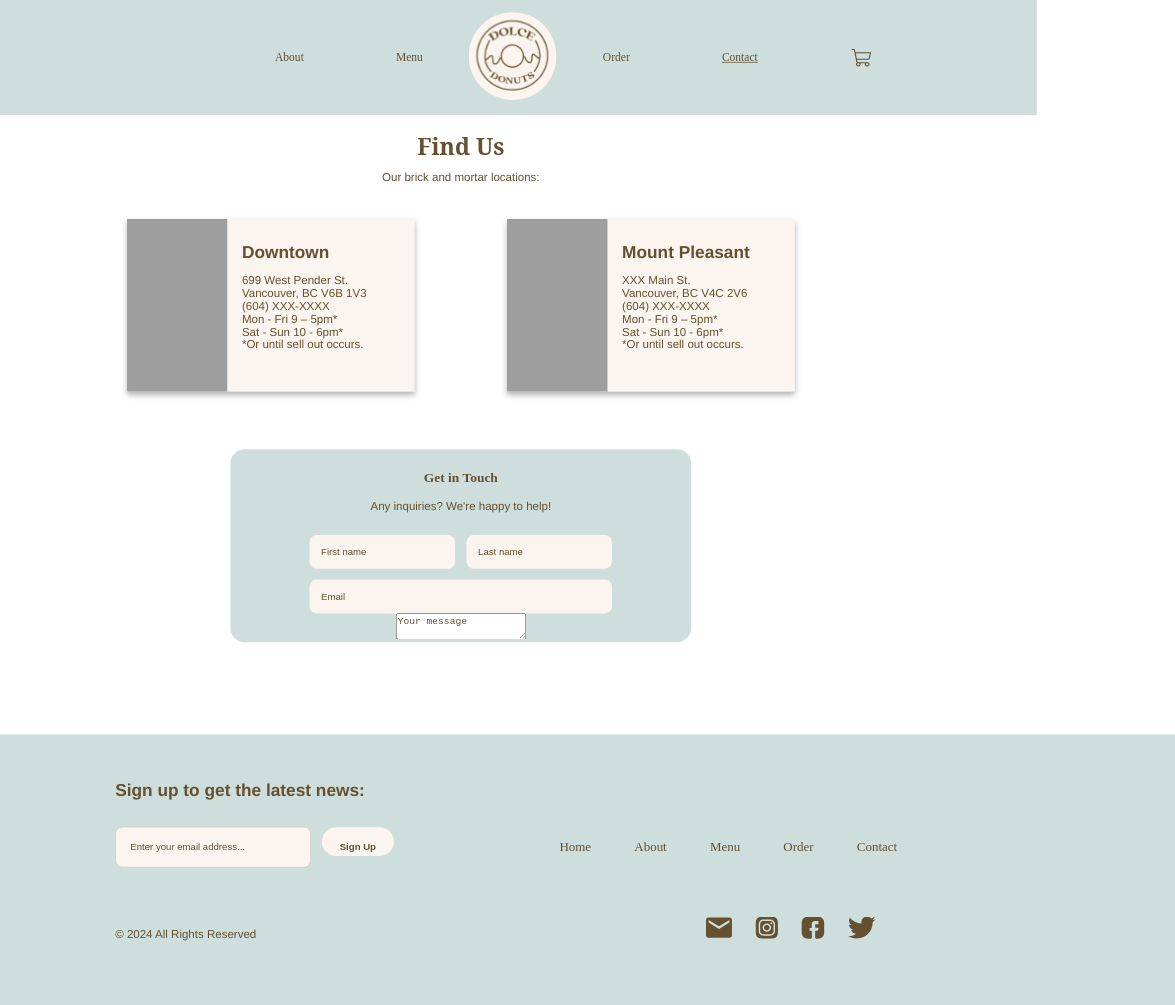
Repository: Crystalhtc/dolcedonuts
Page: /contact
These files come from the project's save history. The page is drawn as it stood at one moment and after the next save; the edit follows.
The browser window is 1280 px wide. The page is 1632 px wide, so the pictures cover 1632 px, including what lies to the right of the window. The pictures show the whole page, at 72% of full size.
Pictures or frames that could not be fetched are drawn as grey boxes. The project was rebuilt for these pictures with package versions that can differ from the ones it lists, and the page was loaded fresh each time. Also part of the build but not shown: vite.config.js, src/pages/Home.module.css, src/pages/Home.jsx, src/components/ProductCard/ProductCard.jsx, src/Data/products.js, src/pages/Order.css, src/pages/Menu.jsx, src/pages/Order.jsx and 13 more.

Above is the page before, as saved 2024-10-20 15:31:53.

### src/App.jsx
import React from 'react';
import "./App.css";
import { BrowserRouter as Router, Route, Routes } from 'react-router-dom';
import Header from './components/Header/Header';
import Footer from './components/Footer/Footer';
import Home from './pages/Home';
import Menu from './pages/menu';
import Order from './pages/order';
import Contact from './pages/Contact';
import About from './pages/About';
import Checkout from './pages/Checkout';
import Cart from './pages/Cart';
import ProductDetails from './pages/ProductDetails';
import PaymentReview from './pages/PaymentReview';

function App() {

  return (
    <Router>
      <Header />
      <Routes>
        <Route path="/" element={<Home />} />
        <Route path="/about" element={<About />} />
        <Route path="/menu" element={<Menu />} />
        <Route path="/order" element={<Order />} />
        {/* <Route path="/productdetails/:id" element={<ProductDetails />} /> */}
        <Route path="/productdetails" element={<ProductDetails />} />
        <Route path="/contact" element={<Contact />} />
        <Route path="/cart" element={<Cart />} />
        <Route path="/checkout" element={<Checkout />} />
        <Route path="/paymentreview" element={<PaymentReview />} />
      </Routes>
      <Footer />
    </Router>
  );
}

export default App;

### src/App.css
@import url('https://fonts.googleapis.com/css2?family=Arimo:ital,wght@0,400..700;1,400..700&display=swap');
@import url('https://fonts.googleapis.com/css2?family=Noto+Serif:ital,wght@0,100..900;1,100..900&display=swap');

:root {
    --mint: #CEDEDC;
    --cream: #FBF4EF;
    --pink: #F5CCD6;
    --dark-pink: #E3BBC5;
    --brown: #655030;
    --dark-brown: #4C3B22;
}
body {
    margin: 0 auto;
}
/* font */
/* heading, button */
h1 {
    font-family: "Noto Serif", serif;
    color: #655030;
    font-size: 28pt;
}
/* subheading */
h2 {
    font-size: 24pt;
    font-family: 'Arimo', sans-serif;
    color: #655030;
}
/* paragraph */
p {
    font-family: 'Arimo', sans-serif;
    color: #655030;
}

.container {
    max-width: 1440px;
    margin: 0 auto;
    height: auto;
    /* padding: 20px;  */
}

### src/components/Header/Header.jsx
import { NavLink } from 'react-router-dom';
import styles from './Header.module.css';
import logo from '../../assets/logo.svg';
import cartIcon from '../../assets/cart-icon.svg';

export default function Header() {
  return (
    <nav className={styles.nav}>
      <ul className={styles.navList}>
        <li className={styles.navItem}>
          <NavLink to="/about" className={({ isActive }) => (isActive ? styles.activeLink : undefined)}>About</NavLink>
        </li>
        <li className={styles.navItem}>
          <NavLink to="/menu" className={({ isActive }) => (isActive ? styles.activeLink : undefined)}>Menu</NavLink>
        </li>
        <li className={styles.logoContainer}>
          <NavLink to="/">
            <img src={logo} alt="Logo" className={styles.logo} />
          </NavLink>
        </li>
        <li className={styles.navItem}>
          <NavLink to="/order" className={({ isActive }) => (isActive ? styles.activeLink : undefined)}>Order</NavLink>
        </li>
        <li className={styles.navItem}>
          <NavLink to="/contact" className={({ isActive }) => (isActive ? styles.activeLink : undefined)}>Contact</NavLink>
        </li>
        <li className={styles.navItem}>
          <NavLink to="/cart" className={({ isActive }) => (isActive ? styles.activeLink : undefined)}>
            <img src={cartIcon} alt="Cart" className={styles.cartIcon} />
          </NavLink>
        </li>
      </ul>
    </nav>
  );
}

### src/components/Footer/Footer.jsx
import React from 'react';
import styles from './Footer.module.css';
import socialMediaIcons from '../../assets/social-media-icons.svg';

const Footer = () => {
    return (
        <footer className={styles.footer}> {/* Use styles for className */}
            <h2 className={styles.signUpMessage}>Sign up to get the latest news:</h2>

            <div className={styles.topContainer}>
                <div className={styles.newsletterSignup}> {/* Use styles for className */}
                    <input type="email" placeholder="Enter your email address..." />
                       <button className={styles.signupButton}>Sign Up</button> {/* Use styles for className */}
                </div>

                 <div className={styles.footerLinks}>
                     <ul className={styles.linkList}>
                        <li><a href="/">Home</a></li>
                        <li><a href="/about">About</a></li>
                        <li><a href="/menu">Menu</a></li>
                        <li><a href="/order">Order</a></li>
                        <li><a href="/contact">Contact</a></li>
                    </ul>
                </div>
            </div>

            <div className={styles.footerBottomContainer}>
                <p>© 2024 All Rights Reserved</p>
                <div className={styles.socialMedia}> {/* Use styles for className */}
                    <img src={socialMediaIcons} alt="Social Media Icons" />
                </div>
            </div>
        </footer>
    );
};

export default Footer;

### src/pages/Contact.jsx
import styles from './Contact.module.css';
import Form from '../components/ContactUsForm/ContactForm';

export default function Contact() {
    return(
        <div className={styles.contactUsContainer}>
            <h1 className={styles.contactUsH1}>Find Us</h1>
            <p>Our brick and mortar locations:</p>
                <div className={styles.contactUsCardContainer}>
                    <div className={styles.contactUsCard}>
                        <div className={styles.locationOne}>
                            <img src="https://images.unsplash.com/photo-1574033566548-f6c3f48cc11e?q=80&w=2160&auto=format&fit=crop&ixlib=rb-4.0.3&ixid=M3wxMjA3fDB8MHxwaG90by1wYWdlfHx8fGVufDB8fHx8fA%3D%3D"
                            alt="cafe table 1"
                            width={140}
                            height={240}
                            className={styles.contactUsImg}
                            />
                            <div>
                                <h2 className={styles.contactUsText}>Downtown</h2>
                                    <p className={styles.contactUsText}> 699 West Pender St.
                                    <br/>
                                    Vancouver, BC V6B 1V3
                                    <br/>
                                    (604) XXX-XXXX
                                    <br/>
                                    Mon - Fri  9 – 5pm*
                                    <br/>
                                    Sat - Sun 10 - 6pm*
                                    <br/>
                                    *Or until sell out occurs.
                                    </p>
                            </div>

                        </div>
                    </div>

                    <div className={styles.contactUsCard}>
                        <div className={styles.locationOne}>
                            <img src="https://images.unsplash.com/photo-1613274554329-70f997f5789f?q=80&w=2574&auto=format&fit=crop&ixlib=rb-4.0.3&ixid=M3wxMjA3fDB8MHxwaG90by1wYWdlfHx8fGVufDB8fHx8fA%3D%3D"
                            alt="cafe table 2"
                            width={140}
                            height={240}
                            className={styles.contactUsImg}
                            />
                            <div>
                                <h2 className={styles.contactUsText}>Mount Pleasant</h2>
                                    <p className={styles.contactUsText}> XXX Main St.
                                    <br/>
                                    Vancouver, BC V4C 2V6
                                    <br/>
                                    (604) XXX-XXXX
                                    <br/>
                                    Mon - Fri  9 – 5pm*
                                    <br/>
                                    Sat - Sun 10 - 6pm*
                                    <br/>
                                    *Or until sell out occurs.
                                    </p>
                            </div>
                        </div>
                    </div>
                </div>
            <Form/>
        </div>
    )
}

### src/components/Header/Header.module.css
.nav {
    width: 1440px;
    height: 160px;
    background-color: var(--mint);
    display: flex;
    justify-content: center;
    flex-shrink: 0;
    margin: auto;
}

.navList {
    list-style-type: none;
    display: flex;
    justify-content: center;
    align-items: center;
    margin: 0;
    padding: 0;
    width: 100%;

    margin-left: 11%;
}

.navItem {
    margin: 0 4rem;
}

.navItem a {
    text-decoration: none;
    color: var(--brown);
}

.logoContainer {
    flex: 0 0 auto;
}

.logo {
    width: 122px;
    height: 122px;
    object-fit: contain;
}

.cartIcon {
    width: 36px;
    height: auto;
}

.navItem .activeLink {
    text-decoration: underline;
    color: var(--brown);
}

### src/components/Footer/Footer.module.css
.footer {
    width: 1440px;
    height: 312px;
    background-color: var(--mint);
    padding: 2rem;
    color: var(--brown);
    padding-left: 10rem;
    flex-shrink: 0;
    margin: auto;
}

.topContainer {
    display: flex;
    align-items: center;
    gap: 10rem;
}

.footerBottomContainer {
    display: flex;
    margin-top: 3rem;
    gap: 39rem;
}

.newsletterSignup input {
    padding: 20px;
    width: 230px;
    border: 1px solid #ccc;
    background-color: var(--cream);
    border-radius: 10px;
}

.signupButton {
    width: 100px;
    padding: 20px;
    margin-left: 15px;
    background-color: var(--cream);
    color: var(--brown);
    font-weight: bold;
    border: none;
    border-radius: 20px;
}

.footerLinks {
    margin: 20px 0;
    display: flex;
    font-size: large;
}

.linkList a {
    color: var(--brown);
    list-style-type: none;
    text-decoration: none;
}

.linkList li {
    text-decoration: none;
    display: inline;
    margin: 0 30px;
}

.socialMedia img {
    width: 250px;
    height: auto;
}

### src/pages/Contact.module.css
.contactUsContainer {
    text-align: center;
}

.contactUsH1 {
    margin-bottom: -2px;
}

.contactUsCardContainer {
    display: flex;
    gap: 10%;
    justify-content: center;
    margin-top: 3rem;
}

.locationOne {
    display: flex;
}

.contactUsText {
    text-align: left;
    padding-left: 20px;
}

.contactUsCard {
    background-color: var(--cream);
    width: 400px;
    box-shadow: 0 4px 8px rgba(0, 0, 0, 0.3);
    margin-bottom: 5rem;
}

### src/components/ContactUsForm/ContactForm.jsx
import { useState } from "react";
import styles from './ContactForm.module.css';

export default function Form() {
    const [firstName, setFirst] = useState('');
    const [lastName, setLast] = useState('');
    const [submitted, setSubmitted] = useState(false);

    const handleSubmission = async (e) => {
        e.preventDefault();
        console.log('Thank you for your inquiry!');
        setSubmitted(true);
    };

    return (
        <>
            {submitted ? (
                <div className={styles.successfulMessage}>
                    <h2>Thank you for your inquiry!</h2>
                    <p>You will hear from us within 14 business days.</p>
                </div>
            ) : (
                <form onSubmit={handleSubmission} className={styles.formContainer}>
                    <div className={styles.nameContainer}>
                        <h3>Get in Touch</h3>
                        <p>Any inquiries? We're happy to help!</p>
                        <div className={styles.nameFieldContainer}>
                            <div className={styles.nameField}>
                                <input
                                    className={styles.inputWidth}
                                    name="firstName"
                                    placeholder="First name"
                                    type="text"
                                    value={firstName}
                                    onChange={(e) => setFirst(e.target.value)}
                                    required
                                />
                            </div>
                            <div className={styles.nameField}>
                                <input
                                    className={styles.inputWidth}
                                    name="lastName"
                                    placeholder="Last name"
                                    type="text"
                                    value={lastName}
                                    onChange={(e) => setLast(e.target.value)}
                                    required
                                />
                            </div>
                        </div>
                        <div>
                            <input className={styles.emailPlaceholder} type="email" name="email" placeholder="Email"/>
                        </div>

                        <div>
                            <textarea className={styles.messagePlaceholder} name="message" placeholder="Your message"></textarea>
                        </div>
                    </div>

                </form>
            )}
        </>
    );
}

{/* <div className={styles.contactFormContainer}>
            <h2>Get in touch</h2>
            <p>Any inquiries? We're happy to help.</p>
            <form className={styles.form}>
                <div className={styles.formPlaceholdersName}>
                    <input type="text" name="firstName" placeholder="First name"/>
                    <br/>
                    <input type="text" name="lastName" placeholder="Last name"/>
                </div>

                <div className={styles.formPlaceholders}>

                </div>

                <div className={styles.formPlaceholders}>
                    <input type="email" name="email" placeholder="Email"/>
                </div>

                <div className={styles.formPlaceholders}>
                    <textarea name="message" placeholder="Your message"></textarea>
                </div>
            </form>
        </div> */}

### src/pages/PaymentReview.module.css

.reviewContainer > h1 {
    margin: 2rem auto;
    text-align: center;
    color: var(--brown);
}

.orderReview {
    display: flex;
    justify-content: space-between;
    align-items: start;
    width: 100%;
    gap: 2rem;
}

.orderDetails {
    flex: 2;
    margin-left: 2rem;
}

.orderSummary {
    flex: 1;
    padding: 2rem;
    height: fit-content;
    border-left: 1px solid var(--brown);
}

.orderTable {
    border-collapse: collapse;
    background: var(--cream);
}

.orderTable tr {
    border: 1px solid var(--brown);
}

.orderTable td {
    padding: 1rem;
    color: var(--brown);
}

.orderTable td:first-child {
    font-weight: bold;
    width: 30%;
}

.productList {
    display: flex;
    flex-direction: column;
    gap: 1rem;
    margin-bottom: 2rem;
}

.productCard {
    display: flex;
    gap: 1rem;
    padding: 1rem;
    border: 1px solid var(--brown);
    background-color: var(--cream);
    align-items: start;
    justify-content: start;
}

.productImage {
    width: 80px;
    height: 80px;
    background-color: #f0f0f0;
    border-radius: 4px;
}

.productInfo {
    flex: 1;
    color: var(--brown);
}

.productName {
    font-size: 1.2rem;
    font-weight: bold;
    color: var(--brown);
}

.productPrice {
    color: var(--brown);
    font-weight: bold;
}

.priceSummary {
    display: flex;
    flex-direction: column;
    margin-bottom: 2rem;
}

.subtotal, .tax, .total {
    display: flex;
    justify-content: space-between;
    align-items: center;
    color: var(--brown);
}

.total {
    font-weight: bold;
    font-size: 1.2rem;
    border-top: 1px solid var(--brown);
    padding-top: 1rem;
}

.continueButtonContainer {
    width: 100%;
    display: flex;
    justify-content: center;
    margin-top: 2rem;
}

.continueButton {
    width: 50%;
}

/* Section Headers */
h1 {
    margin-bottom: 2rem;
    font-size: 2rem;
    color: var(--brown);
}

/* Responsive Design */
@media (max-width: 768px) {
    .reviewContainer {
        padding: 1rem;
    }

    .orderSummary {
        width: 100%;
        border-left: none;
        border-top: 1px solid var(--brown);
        padding-top: 2rem;
    }

    .continueButton button {
        width: 100%;
    }

    .orderTable td {
        display: block;
        width: 100%;
    }

    .orderTable td:first-child {
        width: 100%;
        padding-bottom: 0;
    }
}

### src/components/ProductCard/ProductCard.module.css
.container {
    width: 340px;
    height: 530px;
    border-radius: 8px;
    padding: 18px 8px;
    box-shadow: 0px 4px 4px 0px rgba(0, 0, 0, 0.25);
    display: flex;
    flex-direction: column;
    align-items: center;
}
.priceAndButton {
    display: flex;
    flex-direction: row;
    align-items: center;
    gap: 10em;
}
button {
    width: 95px;
    height: 36px;
    border-radius: 8px;
    border: none;
    color: var(--brown);
    background: var(--Cream, #FBF4EF);
}
button h2 {
    margin: 0;
}

### src/components/ContactUsForm/ContactForm.module.css
.form {
    justify-content: left;
    text-align: left;
}
.formPlaceholdersName {
    display: flex;
}

.contactFormContainer {
    text-align: center;
}

.nameFieldContainer {
    display: flex;
    justify-content: center;
    gap: 1rem;
    padding-top: 15px;
    padding-bottom: 15px;

}

.inputWidth{
    width: 170px;
    border-radius: 10px;
}

.emailPlaceholder {
    width: 388px;
    border-radius: 10px;
}

.messagePlaceholder {
    width: ;
}

form {
    background-color: var(--mint);
    margin-left: 25%;
    margin-right: 25%;
    margin-bottom: 10%;
    padding-top: 10px;
    border-radius: 20px;
}

Loaded but not shown: index.html (common file); src/main.jsx (common file); src/pages/Checkout.module.css (265 lines, source omitted)

After the next save:
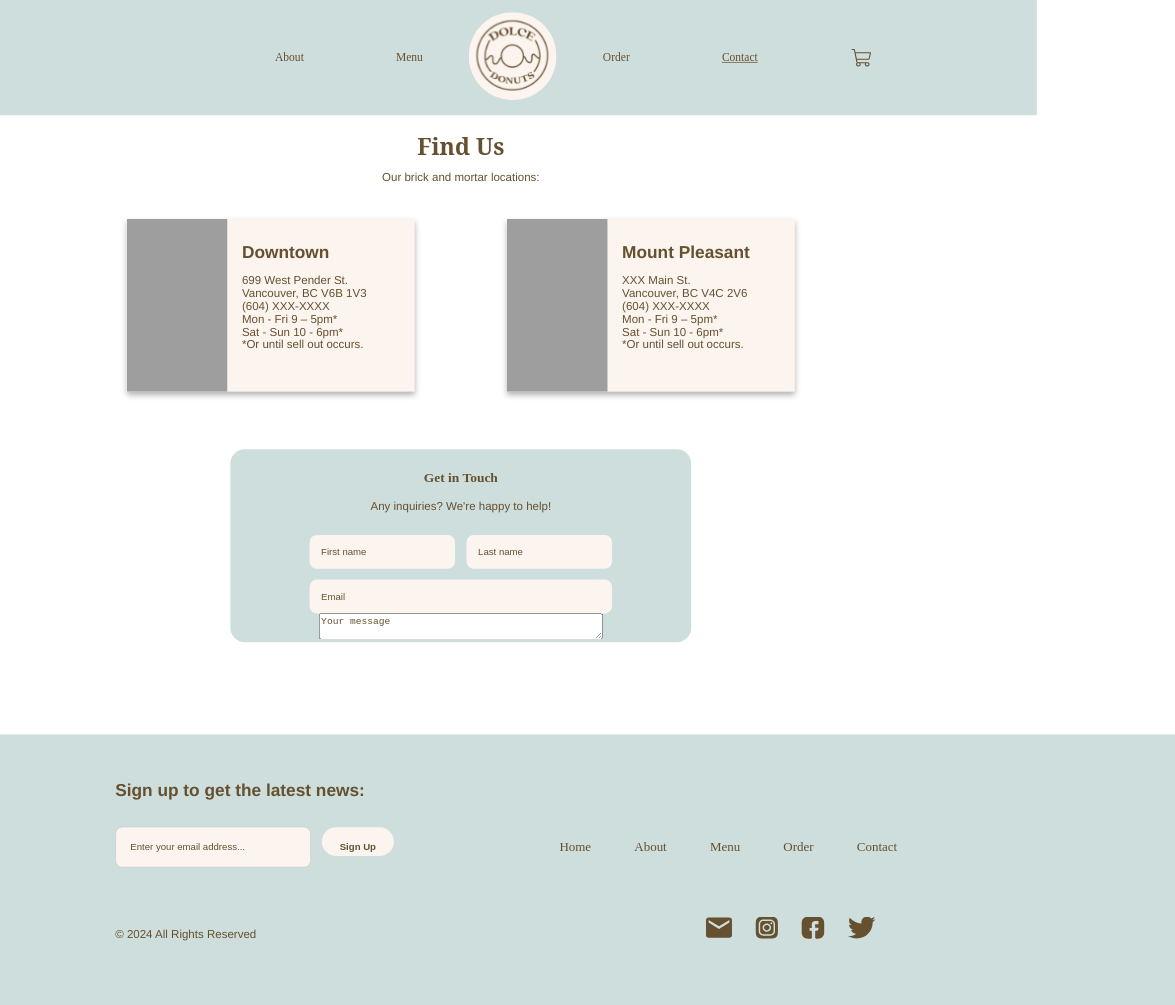
Saved 4 s later.
--- a/src/components/ContactUsForm/ContactForm.module.css
+++ b/src/components/ContactUsForm/ContactForm.module.css
@@ -30,7 +30,7 @@
 }
 
 .messagePlaceholder {
-    width: ;
+    width: 388px;
 }
 
 form {

After the save that followed:
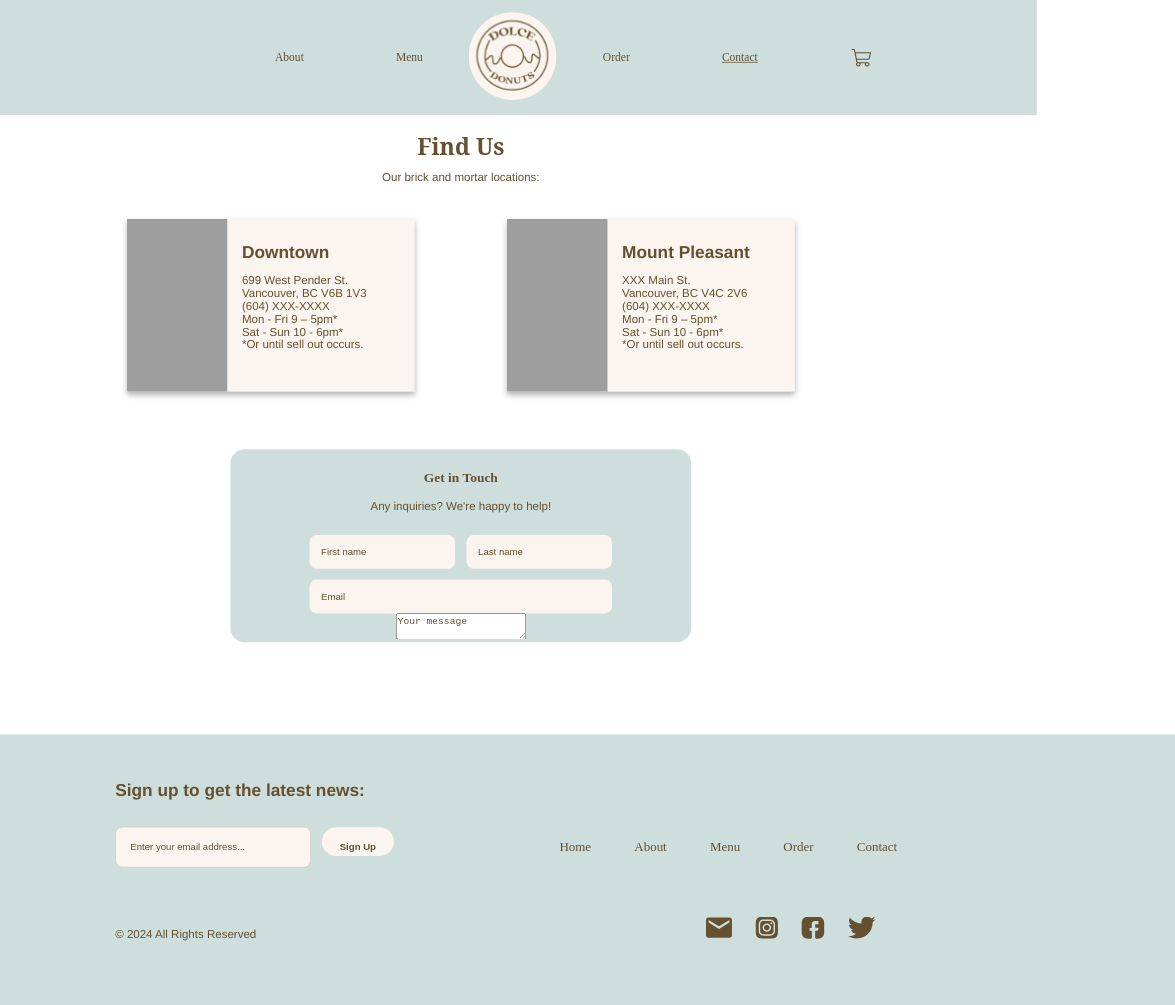
Saved 6 s later.
--- a/src/components/ContactUsForm/ContactForm.module.css
+++ b/src/components/ContactUsForm/ContactForm.module.css
@@ -30,6 +30,7 @@
 }
 
 .messagePlaceholder {
+    paddin
     width: 388px;
 }
 
